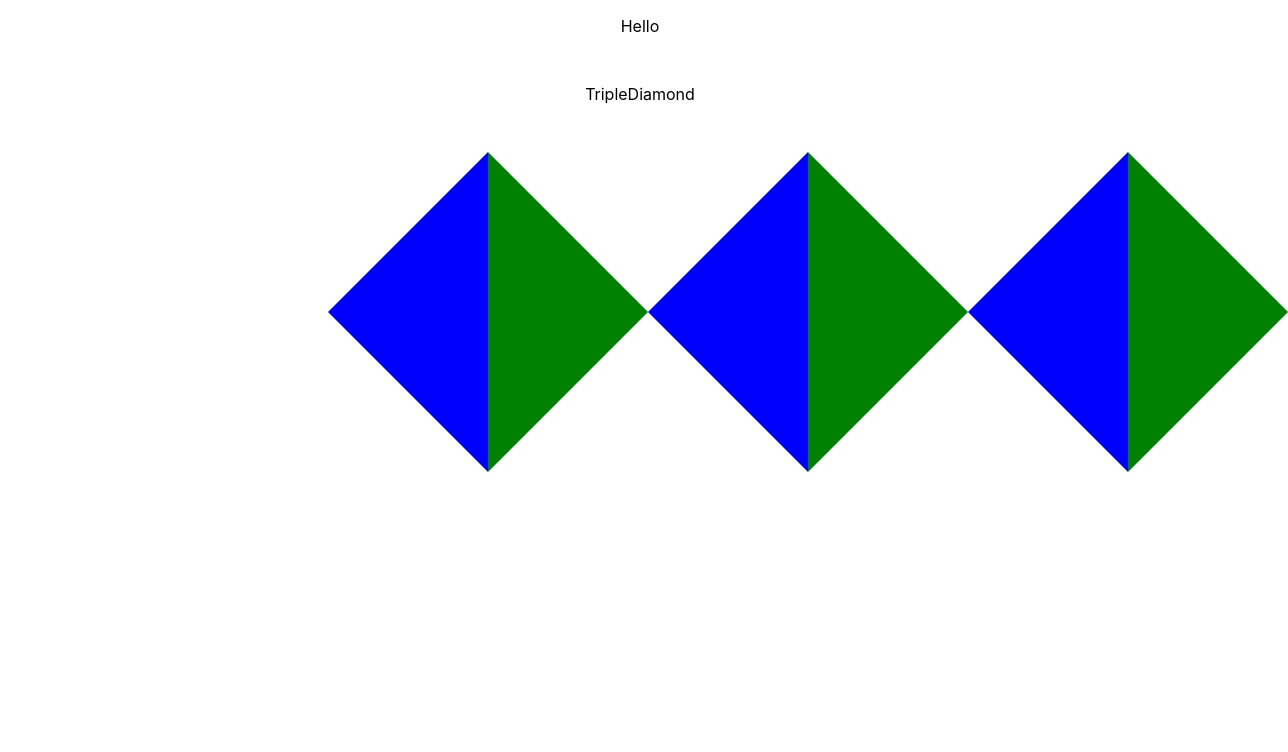
Repository: YingCG/interaction-design
Page: /
The author's editor kept a copy of each file at every save. The page is drawn from the files as they stood at one save, then again after the next save.
The browser window is 1280 px wide. The page is 1288 px wide, so the pictures cover 1288 px, including what lies to the right of the window. The pictures show the whole page.
The project was rebuilt for these pictures with package versions that can differ from the ones it lists, and the page was loaded fresh each time.

Above is the page before, as saved 2023-09-07 10:26:38.

### src/App.js
import logo from "./logo.svg";
import "./App.css";
import TripleDiamond from "./TripleDiamond";

function App() {
  return (
    <div className="App">
      Hello
      <TripleDiamond />
    </div>
  );
}

export default App;

### src/App.css
.App {
  text-align: center;
  padding: 1em;
  height: 100vh;
}

.arrow-right {
  width: 0;
  height: 0;
  border-top: 10rem solid transparent;
  border-bottom: 10rem solid transparent;

  border-left: 10rem solid green;
}

.arrow-left {
  width: 0;
  height: 0;
  border-top: 10rem solid transparent;
  border-bottom: 10rem solid transparent;

  border-right: 10rem solid blue;
}

.container {
  display: flex;
  justify-content: center;
  align-items: center;
  width: 100%;
  flex-direction: column;
}

.text-content {
  padding: 3em;
}

.triple-diamond {
  display: flex;
  width: 50%;
}

### src/TripleDiamond.jsx
import React from "react";

function TripleDiamond() {
  return (
    <div className="container">
      <div className="text-content">TripleDiamond</div>
      <div className="triple-diamond">
        <div className="arrow-left"></div>
        <div className="arrow-right"></div>
        <div className="arrow-left"></div>
        <div className="arrow-right"></div>
        <div className="arrow-left"></div>
        <div className="arrow-right"></div>
      </div>
    </div>
  );
}

export default TripleDiamond;

Loaded but not shown: public/index.html (common file); src/index.js (common file); src/index.css (common file); src/reportWebVitals.js (common file)

After the next save:
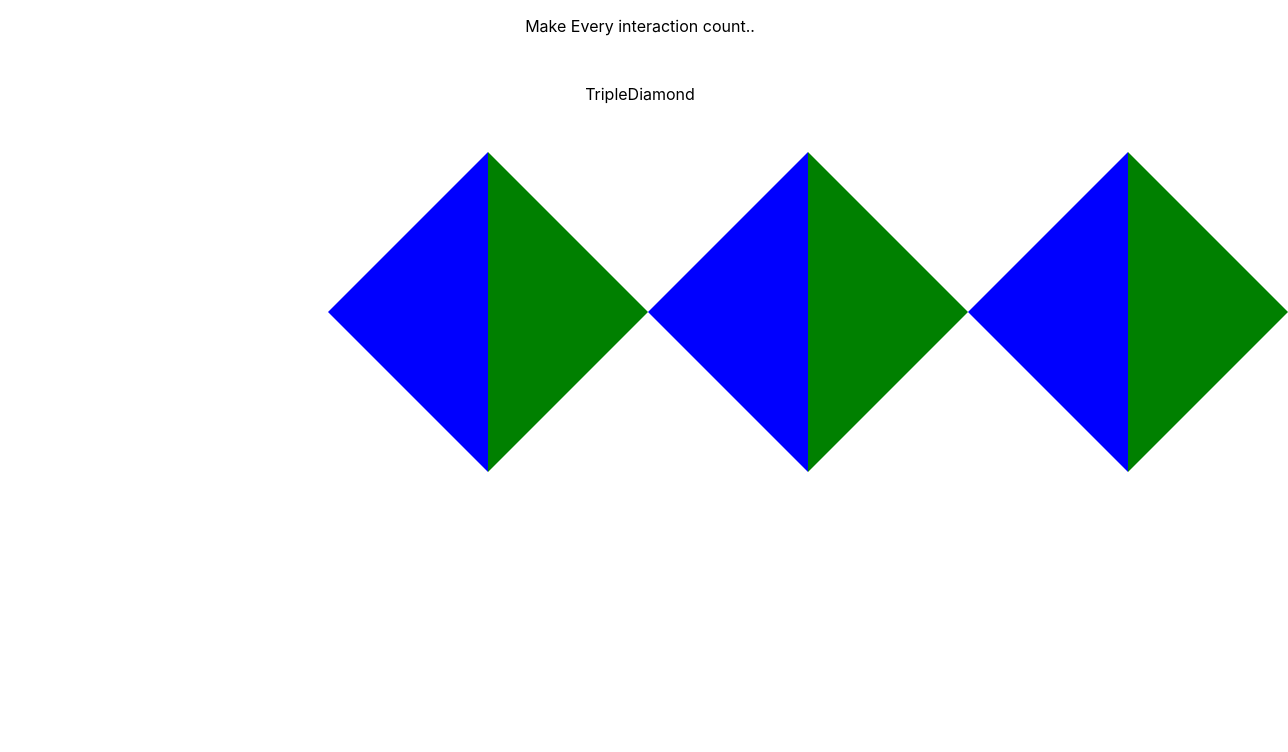
Saved 95 s later.
--- a/src/App.js
+++ b/src/App.js
@@ -5,7 +5,7 @@ import TripleDiamond from "./TripleDiamond";
 function App() {
   return (
     <div className="App">
-      Hello
+      Make Every interaction count..
       <TripleDiamond />
     </div>
   );
